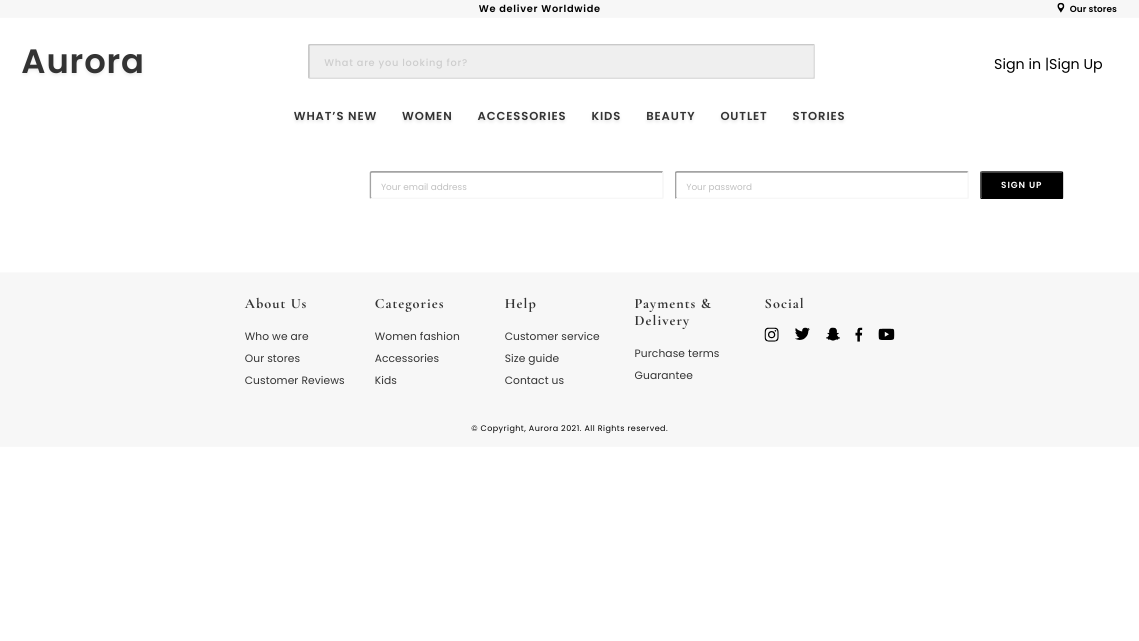
Repository: YuraKrvz/aurora-react-redux-toolkit-firebase
Page: /signUp
An editor plug-in stored every save of this project. The page is shown before and after the next save, followed by the edit.
The browser window is 1280 px wide. The pictures show the whole page, at 89% of full size.
The project was rebuilt for these pictures with package versions that can differ from the ones it lists, and the page was loaded fresh each time. Also part of the build but not shown: src/components/MainSection/MainSection.jsx, src/pages/HomeGuest.jsx, src/pages/HomeUser.jsx, src/pages/SignIn.jsx.

Above is the page before, as saved 2021-11-29 13:44:39.

### public/index.html
<!DOCTYPE html>
<html lang="en">
  <head>
    <meta charset="utf-8" />
    <link rel="icon" href="%PUBLIC_URL%/favicon.ico" />
    <meta name="viewport" content="width=device-width, initial-scale=1" />
    <meta name="theme-color" content="#000000" />
    <meta
      name="description"
      content="Web site created using create-react-app"
    />
    <link rel="apple-touch-icon" href="%PUBLIC_URL%/logo192.png" />
    <link rel="manifest" href="%PUBLIC_URL%/manifest.json" />
    <link rel="preconnect" href="https://fonts.googleapis.com">
    <link rel="preconnect" href="https://fonts.googleapis.com">
    <link rel="preconnect" href="https://fonts.gstatic.com" crossorigin>
    <title>React App</title>
  </head>
  <body>
    <noscript>You need to enable JavaScript to run this app.</noscript>
    <div id="root"></div>
  </body>
</html>

### src/index.css
@import '~normalize.css';
@import url('https://fonts.googleapis.com/css2?family=Poppins:wght@100;200;300;400;500;600;700&display=swap');
@import url('https://fonts.googleapis.com/css2?family=Cormorant+Garamond:wght@300;400;500;600;700&display=swap');

*, ::after, ::before {
  margin: 0;
  padding: 0;
  box-sizing: border-box;
  font-family: var(--text-regular-poppins);
  color: var(--color-very-black);
}
html, body{
  height: 100%;
}

:root{
  --text-regular-poppins: 'Poppins';
  --text-cormorant-garamond: 'Cormorant Garamond';

  --color-black: #333333;
  --color-very-black: #000000;
  --color-white:  #FFFFFF;
  --color-silver: #F7F7F7;

  --src-guest: './insta.svg';
  --src-user: './user.svg';
  --bg-wall: var(--src-guest);
}

### src/components/CustomRouter/CustomRouter.jsx
import { Routes, Route } from 'react-router-dom';
import HomeGuest from '../../pages/HomeGuest';
import HomeUser from '../../pages/HomeUser';
import SignIn from '../../pages/SignIn';
import SignUp from '../../pages/SignUp';
import {useAuthorization} from '../../hooks/useAuthorization';

const CustomRouter = () => {
   const {isAuth} = useAuthorization();

   return (
      <div>
      <Routes>
         {
         isAuth ? (
            <>
               <Route path='/' element={<HomeUser />} />
               <Route path='/signIn' element={<SignIn />} />
               <Route path='/signUp' element={<SignUp />} />
            </>
         ) : (
            <>
               <Route path='/' element={<HomeGuest />} />
               <Route path='/signIn' element={<SignIn />} />
               <Route path='/signUp' element={<SignUp />} />
            </>
         )
         }
      </Routes>
      </div>
   )
}

export default CustomRouter

### src/components/Header/Header.jsx
import React from 'react';
import s from './Header.module.css';
import { NavLink } from 'react-router-dom';
import GlobalSvgSelector from '../../source/GlobalSvgSelector';
import OverHeader from './OverHeader/OverHeader';
import Authorization from '../Authorization/Authorization';

const Header = () => {
   return (
      <>
         <header className={s.header}>
            <OverHeader />
            <div className={s.header_body}>
               <NavLink to='/' className={s.header_title}>Aurora</NavLink>
               <label className={s.input_wrap}>
                  <input className={s.header_searcher} type="text" placeholder="What are you looking for?" />
                  <GlobalSvgSelector className={s.icon} id="fill" color='black' />
               </label>
               <div>
                  <Authorization />
               </div>
            </div>
            <ul className={s.header_list}>
               <li className={s.header_list__item}>what’s new</li>
               <li className={s.header_list__item}>women</li>
               <li className={s.header_list__item}>accessories</li>
               <li className={s.header_list__item}>kids</li>
               <li className={s.header_list__item}>beauty</li>
               <li className={s.header_list__item}>outlet</li>
               <li className={s.header_list__item}>stories</li>
            </ul>
         </header>
      </>
   )
}

export default Header


// HEADER / Aurora
// <h6>{email}</h6>
//    <ul>
//       <li>
//          <NavLink  to='/' >home</NavLink>
//          <NavLink  to='/signIn' >signIn</NavLink>
//          <NavLink  to='/signUp' >signUp</NavLink>
//       </li>
//    </ul>
// </header>

### src/components/Footer/Footer.jsx
import GlobalSvgSelector from '../../source/GlobalSvgSelector';
import s from './Footer.module.css';

function Footer(){
   return (
      <>
         <footer className={s.footer}>
            <div className={s.footer_inner}>
               <div className={s.footer_item}>
                  <h6 className={s.title}>About Us</h6>
                  <ul className={s.list}>
                     <li className={s.text}>Who we are</li>
                     <li className={s.text}>Our stores</li>
                     <li className={s.text}>Customer Reviews</li>
                  </ul>
               </div>
               <div className={s.footer_item}>
                  <h6 className={s.title}>Categories</h6>
                  <ul className={s.list}>
                     <li className={s.text}>Women fashion</li>
                     <li className={s.text}>Accessories</li>
                     <li className={s.text}>Kids</li>
                  </ul>
               </div>
               <div className={s.footer_item}>
                  <h6 className={s.title}>Help</h6>
                  <ul className={s.list}>
                     <li className={s.text}>Customer service</li>
                     <li className={s.text}>Size guide</li>
                     <li className={s.text}>Contact us</li>
                  </ul>
               </div>
               <div className={s.footer_item}>
                  <h6 className={s.title}>Payments & Delivery</h6>
                  <ul className={s.list}>
                     <li className={s.text}>Purchase terms</li>
                     <li className={s.text}>Guarantee</li>
                  </ul>
               </div>
               <div className={s.footer_item}>
                  <h6 className={s.title}>Social</h6>
                  <ul className={s.list}>
                     <li className={s.social_icon}>
                        <a href="#"><GlobalSvgSelector id='instagram' /></a>
                        <a href="#"><GlobalSvgSelector id='twitter' /></a>
                        <a href="#"><GlobalSvgSelector id='snapchat' /></a>
                        <a href="#"><GlobalSvgSelector id='facebook' /></a>
                        <a href="#"><GlobalSvgSelector id='youtube' /></a>
                     </li>
                  </ul>
               </div>
            </div>
            <div className={s.copy_right}>
               <p>© Copyright, Aurora 2021. All Rights reserved.</p>
            </div>
         </footer>
      </>
   )
}

export default Footer

### src/pages/SignUp.jsx
import React, {useRef} from 'react';
import s from '../components/MainSection/MainSection.module.css';
import {signUp} from '../firebase';

const SignUp = () => {
   const emailRef = useRef();
   const passwordRef = useRef();
   async function handler(){
      try{
         await signUp(emailRef.current.value, passwordRef.current.value)
      }
      catch{
         alert('error in sign up')
      }
   }

   return (
      <div style={{flex: '1 1 auto', backGround: 'black'}}>
         <div className={s.section_register_field} >
            <div >
               <label className={s.input_wrap} style={{flex: '1 1 auto'}}>
               <input className={s.section_register_input} ref={emailRef} type="email" placeholder='Your email address' />
               <input className={s.section_register_input} ref={passwordRef} type="password" placeholder='Your password' />
               <button className={s.section_register_btn} onClick={handler} >Sign Up</button>
               </label>
            </div>
         </div>
      </div>
   )
}

export default SignUp;

### src/hooks/useAuthorization.jsx
import {useSelector} from 'react-redux';

export function useAuthorization(){
   const {email, id, token} = useSelector(state => state.user);

   return {
      isAuth: !!email,
      email,
      id,
      token,
   }
}

### src/components/Header/Header.module.css
.header{
   width: 100%;
   height: 160px;
   /* background: linear-gradient(180deg, rgba(51, 51, 51, 0.9) 14.31%, rgba(27, 27, 27, 0.469176) 58.6%, rgba(0, 0, 0, 0.0001) 100%); */
   mix-blend-mode: normal;
   /* opacity: 0.24; */
   /* background: rgba(0, 0, 0, 0.1); */
   /* background-color: black; */
}
.header_body{
   display: flex;
   justify-content: space-between;
   align-items: center;
   padding: 0 24px;
}
.header_title{
   margin: 0;
   font-style: normal;
   font-weight: 600;
   font-size: 38px;
   line-height: 57px;
   letter-spacing: 0.95px;
   color: var(--color-black, --color-white);
   text-shadow: 0px 2px 4px rgba(0, 0, 0, 0.08);
   text-decoration: none;
}
.input_wrap{
   position: relative;
}
.header_searcher{
   background-color: silver;
   border-color: none;
   mix-blend-mode: normal;
   opacity: 0.24;
   border-radius: 3px;
   width: 570px;
   height: 40px;
   color: var(--color-very-black);
}
.icon{
   position: absolute;
   width: 17px;
   height: 17px;
   top: 30%;
   right: 10px;
   /* background-color: var(--color-very-black) */
}
.header_searcher::placeholder {
   padding: 16px;
   height: 17px;
   font-weight: 500;
   font-size: 11px;
   line-height: 16px;
   letter-spacing: 0.8px;
   color: var(--color-black, --color-white);
 }
.header_user{
   font-style: normal;
   font-weight: 600;
   font-size: 11px;
   line-height: 16px;
   text-align: right;
   letter-spacing: 1px;
   color: var(--color-black, --color-white);
}
.header_list{
   list-style: none;
   display: flex;
   justify-content: space-between;
   text-transform: uppercase;
   width: 620px;
   margin: 24px auto;
   padding-bottom: 25px;
}
.header_list__item{
   color: var(--color-black, --color-white);
   font-style: normal;
   font-weight: 600;
   font-size: 13px;
   line-height: 19px;
   text-align: center;
   letter-spacing: 1px;
   text-transform: uppercase;
   text-shadow: 0px 2px 4px rgba(0, 0, 0, 0.12);
   cursor: pointer;
}

### src/components/Header/OverHeader/OverHeader.jsx
import GlobalSvgSelector from "../../../source/GlobalSvgSelector"
import s from './OverHeader.module.css';

const OverHeader = () => {
   return (
      <>
         <div className={s.wrapper}>
            <div />
            <h6 className={s.title}>We deliver Worldwide</h6>
            <div className={s.wrapper_text}>
               <GlobalSvgSelector id="shape" />
               <p className={s.text}>Our stores</p>
            </div>
         </div>
      </>
   )
}

export default OverHeader

### src/components/Authorization/Authorization.jsx
import s from './Authorization.module.css';
import GlobalSvgSelector from '../../source/GlobalSvgSelector';
import { useAuthorization } from '../../hooks/useAuthorization';
import { NavLink } from 'react-router-dom';

const Authorization = () => {
   const {isAuth, email, id} = useAuthorization();

   return (
      <>
         {!isAuth ? (
            <div >
               <NavLink to='/signIn' className={s.header_user}>
                  Sign in
               </NavLink>  |
               <NavLink to='/signUp' className={s.header_user}>
                  Sign Up
               </NavLink>
               <GlobalSvgSelector id="basket" color='black'/>
            </div>
         ) : (
            <div className={s.login_field}>
               <p className={s.login}>Hi, {email}!</p>
               <GlobalSvgSelector id="basket" color='black'/>
               {/*<GlobalSvgSelector id="ball" color='black'/>*/}
            </div>
         )}

      </>
   )
}

export default Authorization

### src/components/Footer/Footer.module.css
.footer{
   background-color: var(--color-silver);
}
.footer_inner{
   display: flex;
   justify-content: center;
   padding-top: 26px;
}
.footer_item{
   width: 146px;
   height: 105px;
   margin-bottom: 38px;
}
.title{
   margin-bottom: 17px;
   font-family: var(--text-cormorant-garamond);
   font-size: 16px;
   line-height: 19px;
   letter-spacing: 1.16364px;
   color: var(--color-black);
}
.list{
   list-style: none;
}
.list li {
   cursor: pointer;
}
.social_icon{
   display: flex;
   justify-content: space-between;
}
.text{
   margin-bottom: 6px;
   font-style: normal;
   font-weight: normal;
   font-size: 12px;
   line-height: 19px;
   letter-spacing: 0.1px;
   color: var(--color-black);
}
.copy_right{
   padding-bottom: 14px;
   font-style: normal;
   font-weight: normal;
   font-size: 9px;
   line-height: 13px;
   text-align: center;
   letter-spacing: 0.5px;
   color: var(--color-black);
}

### src/components/MainSection/MainSection.module.css
.section{

   height: 100vh;
   background-position: center;
   background-size: cover;
   background-repeat: no-repeat;
   display: flex;
   flex-direction: column;
}
.guest{
   background-image: url(./insta.svg);
}
.user{
   background-image: url(./user.svg);
}
.title{
   margin: auto;
   font-style: normal;
   font-weight: bold;
   font-size: 60px;
   line-height: 90px;
   text-align: center;
   color: var(--color-white);
}
.section_register_field{
   display: block;
   margin: 32px auto;
   width: 450px;
   height: 82px;
}
.text{
   margin-bottom: 14px;
   font-style: normal;
   font-weight: normal;
   font-size: 12px;
   line-height: 18px;
   letter-spacing: 0.872727px;
   color: var(--color-black);
}
.input_wrap{
   display: flex;
   align-items: center;
}
.section_register_input{
   padding: 7px 0 7px 11px;
   width: 335px;
   height: 32px;
   margin-right: 12px;
   border-radius: 3px;
   border-color: var(--color-silver);
}
.section_register_input::placeholder{
   color: silver;
   font-size: 10px;
}
.section_register_btn{
   min-width: 94px;
   height: 32px;
   border-radius: 3px;
   /* border: transparent; */
   background-color: var(--color-very-black);
   color: var(--color-white);
   font-style: normal;
   font-weight: 600;
   font-size: 10px;
   line-height: 20px;
   text-align: center;
   letter-spacing: 1px;
   text-transform: uppercase;
   cursor: pointer;
}

### src/components/Header/OverHeader/OverHeader.module.css
.wrapper{
   width: 100%;
   height: 20px;
   display: flex;
   justify-content: space-between;
   align-items: center;
   padding: 4px 25px;
   font-weight: 600;
   background-color: var(--color-silver, --color-white);
   margin-bottom: 20px;
}
.title{
   font-style: normal;
   font-weight: 500;
   font-size: 11px;
   line-height: 16px;
   text-align: center;
   letter-spacing: 0.8px;
   font-weight: 600;
}
.wrapper_text{
   display: flex;
}
.text{
   padding-left: 6px;
   font-family: Poppins;
   font-style: normal;
   font-size: 10px;
   line-height: 15px;
   text-align: right;
   letter-spacing: 0.0833333px;
}

### src/components/Authorization/Authorization.module.css
.login_field{
   display: flex;
   align-items: center;
}
.login{
   margin-right: 17px;
   font-style: normal;
   font-weight: 600;
   font-size: 11px;
   line-height: 16px;
   text-align: right;
   letter-spacing: 1px;
   color: var(--color-very-black);
}
.header_user{
   text-decoration: none;
}

Loaded but not shown: src/firebase.js (22 lines, source omitted); src/App.js (27 lines, source omitted); src/store/slices/userSlice.js (27 lines, source omitted); src/index.js (13 lines, source omitted); src/store/index.js (8 lines, source omitted); src/source/GlobalSvgSelector.jsx (88 lines, source omitted)

After the next save:
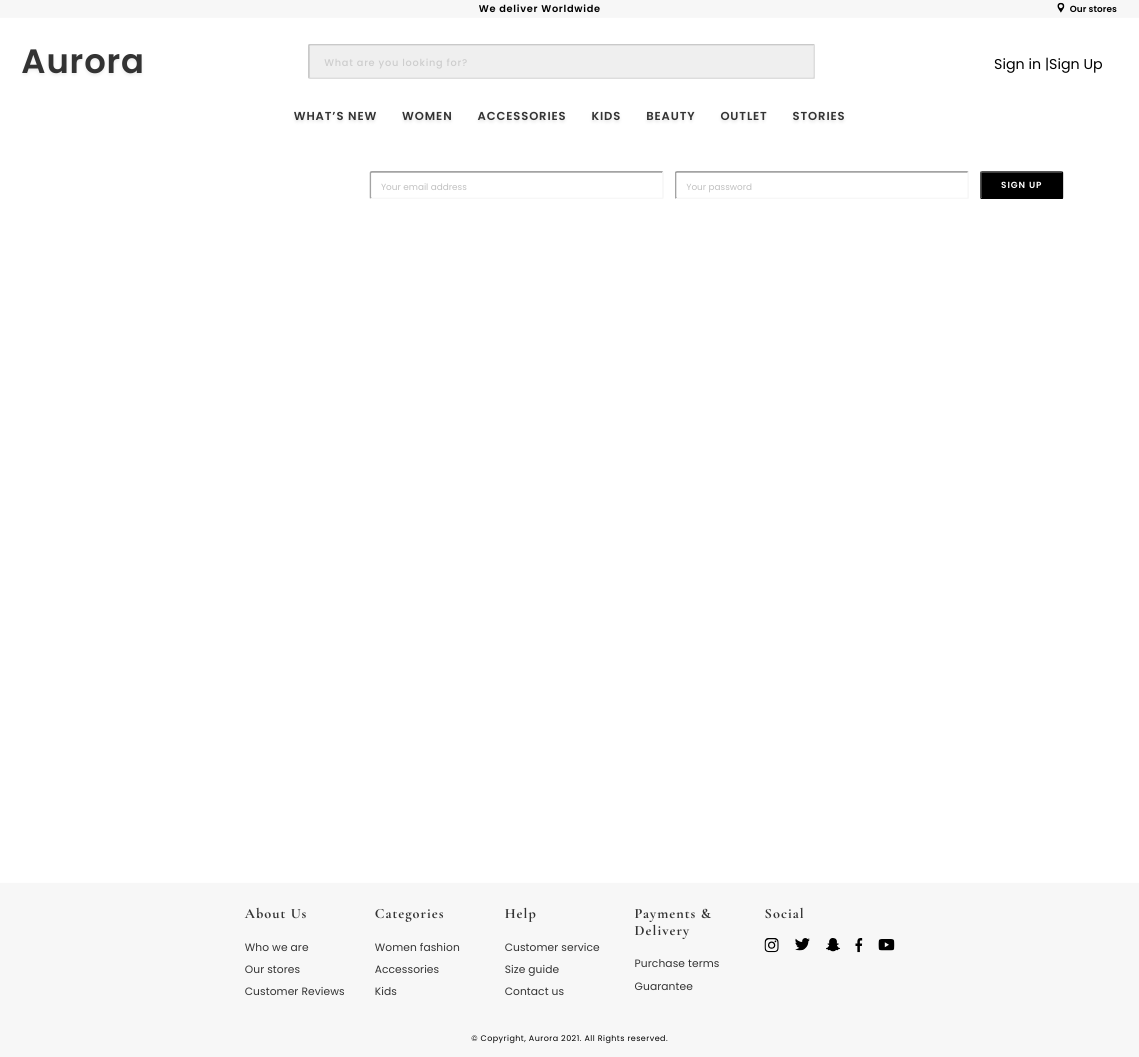
Saved 15 s later.
--- a/src/pages/SignUp.jsx
+++ b/src/pages/SignUp.jsx
@@ -15,7 +15,7 @@ const SignUp = () => {
    }
 
    return (
-      <div style={{flex: '1 1 auto', backGround: 'black'}}>
+      <div style={{flex: '1 1 auto', height: '800px'}}>
          <div className={s.section_register_field} >
             <div >
                <label className={s.input_wrap} style={{flex: '1 1 auto'}}>
